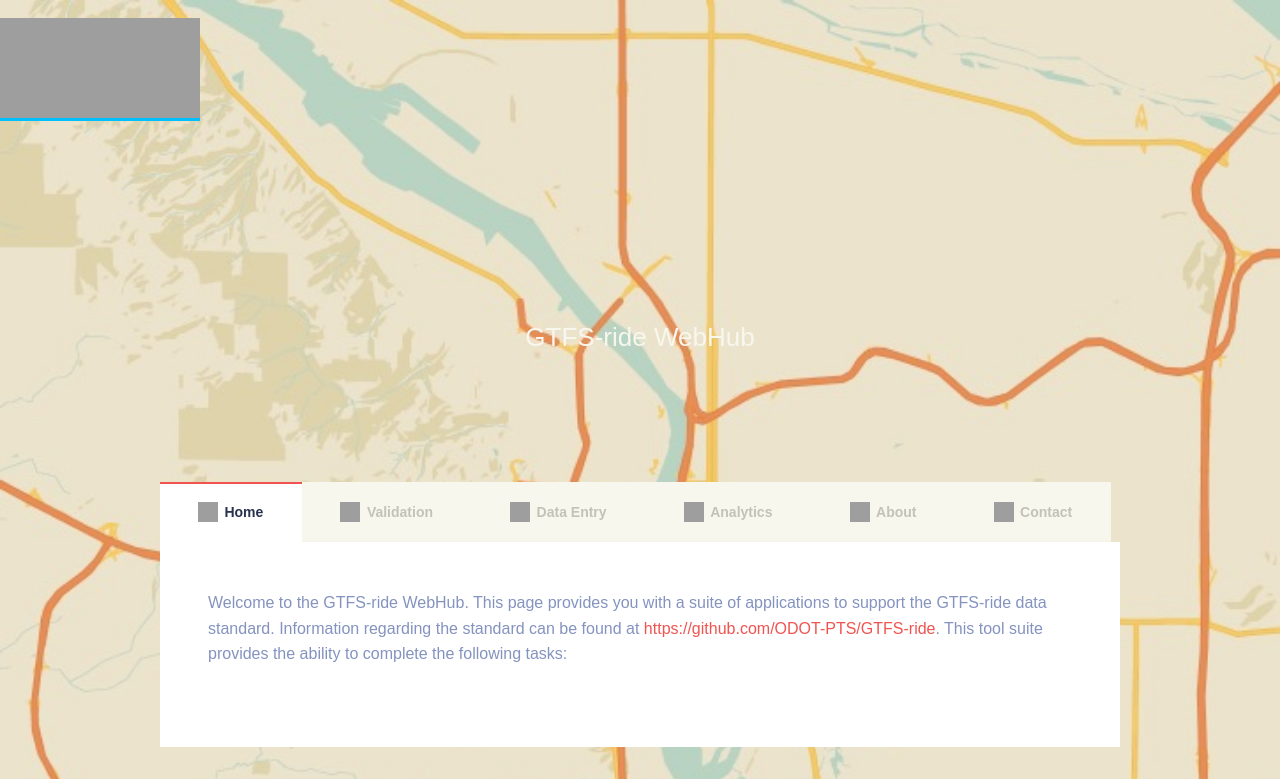
Repository: BenFields22/GTFS-RideWebHub
Page: http://localhost/GTFS-RideWebHub/
These files come from the project's save history. The page is drawn as it stood at one moment and after the next save; the edit follows.
The browser window is 1280 px wide. The pictures show the whole page.
Pictures or frames that could not be fetched are drawn as grey boxes. Backgrounds fixed to the window are drawn as part of the page. Some web fonts or font styles are not loaded; a fallback is used. The page is served by Tomcat 9.

Above is the page before, as saved 2017-08-28 21:42:18.

### GTFS-RideWebHub/WebContent/index.html
<!doctype html>
<html lang="en" class="no-js">
<head>
	<meta charset="UTF-8">
	<meta name="viewport" content="width=device-width, initial-scale=1">

	<link href='http://fonts.googleapis.com/css?family=PT+Sans:400,700' rel='stylesheet' type='text/css'>

	<link rel="stylesheet" href="Resources/css/reset.css"> <!-- CSS reset -->
	<link rel="stylesheet" href="Resources/css/style.css"> <!-- Resource style -->
	<script src="Resources/js/modernizr.js"></script> <!-- Modernizr -->

	<title>GTFS-ride WebHub</title>
</head>
<body>
<header>
	<img src="http://media.oregonlive.com/portland_impact/photo/screen-shot-2016-05-30-at-24209-pmpng-e205bbef2f5adac7.png" width=200px height=100px>
	<h1>GTFS-ride WebHub</h1>
</header>
<div class="cd-tabs">
	<nav>
		<ul class="cd-tabs-navigation">
			<li><a data-content="Home" class="selected" href="#0">Home</a></li>
			<li><a data-content="Validation" href="#0">Validation</a></li>
			<li><a data-content="Data Entry" href="#0">Data Entry</a></li>
			<li><a data-content="Analytics" href="#0">Analytics</a></li>
			<li><a data-content="About" href="#0">About</a></li>
			<li><a data-content="Contact" href="#0">Contact</a></li>
		</ul> <!-- cd-tabs-navigation -->
	</nav>

	<ul class="cd-tabs-content">
		<li data-content="Home" class="selected">
			<p>Welcome to the GTFS-ride WebHub. This page provides you with a suite of applications to support the GTFS-ride data standard.
				Information regarding the standard can be found at <a href="https://github.com/ODOT-PTS/GTFS-ride">https://github.com/ODOT-PTS/GTFS-ride</a>.
				This tool suite provides the ability to complete the following tasks:<br>
				<ul>
					<li>Validate the structure of a GTFS-ride feed</li>
					<li>Enter GTFS-ride feed data into a central data repository</li>
					<li>Generate new GTFS-ride feeds</li>
					<li>Run analytics on ridership data within central repository</li>
				</ul>
			</p>

		</li>

		<li data-content="Validation">

		</li>

		<li data-content="Data Entry">

		</li>

		<li data-content="Analytics">
		</li>

		<li data-content="About">

		</li>

		<li data-content="Contact">

		</li>
	</ul> <!-- cd-tabs-content -->
</div> <!-- cd-tabs -->

<script src="Resources/js/jquery-2.1.1.js"></script>
<script src="Resources/js/main.js"></script> <!-- Resource jQuery -->
</body>
</html>

### GTFS-RideWebHub/WebContent/Resources/css/style.css
/* --------------------------------

Primary style

-------------------------------- */
*, *::after, *::before {
  -webkit-box-sizing: border-box;
  -moz-box-sizing: border-box;
  box-sizing: border-box;
}

*::after, *::before {
  content: '';
}

body {
  /*background-image: url("../images/wallpaper.jpg");*/
  font-size: 100%;
  font-family: "PT Sans", sans-serif;
  color: #f8f7ee;
  background: url("../images/wallpaper.jpg") no-repeat center center fixed;
	-webkit-background-size: cover;
	-moz-background-size: cover;
	-o-background-size: cover;
	background-size: cover;
}

a {
  color: #f05451;
  text-decoration: none;
}

/* --------------------------------

Main components

-------------------------------- */
header {
  display:inline;
  position: relative;
  height: 50px;
  line-height: 100px;
  text-align: center;
  -webkit-font-smoothing: antialiased;
  -moz-osx-font-smoothing: grayscale;
  background-color: #00BFFF;
}

header h1 {
  font-size: 30px;
  font-size: 2.00rem;
}
@media only screen and (min-width: 768px) {
  header {
    height: 200px;
    line-height: 225px;
  }
  header h1 {
    font-size: 26px;
    font-size: 1.625rem;
  }
}

.cd-tabs {
  position: relative;
  width: 90%;
  max-width: 960px;
  margin: 2em auto;
}
.cd-tabs:after {
  content: "";
  display: table;
  clear: both;
}
.cd-tabs::after {
  /* subtle gradient layer on top right - to indicate it's possible to scroll */
  position: absolute;
  top: 0;
  right: 0;
  height: 60px;
  width: 50px;
  z-index: 1;
  pointer-events: none;
  background: -webkit-linear-gradient( right , #f8f7ee, rgba(248, 247, 238, 0));
  background: linear-gradient(to left, #f8f7ee, rgba(248, 247, 238, 0));
  visibility: visible;
  opacity: 1;
  -webkit-transition: opacity .3s 0s, visibility 0s 0s;
  -moz-transition: opacity .3s 0s, visibility 0s 0s;
  transition: opacity .3s 0s, visibility 0s 0s;
}
.no-cssgradients .cd-tabs::after {
  display: none;
}
.cd-tabs.is-ended::after {
  /* class added in jQuery - remove the gradient layer when it's no longer possible to scroll */
  visibility: hidden;
  opacity: 0;
  -webkit-transition: opacity .3s 0s, visibility 0s .3s;
  -moz-transition: opacity .3s 0s, visibility 0s .3s;
  transition: opacity .3s 0s, visibility 0s .3s;
}
.cd-tabs nav {
  overflow: auto;
  -webkit-overflow-scrolling: touch;
  background: #f8f7ee;
  box-shadow: inset 0 -2px 3px rgba(203, 196, 130, 0.06);
}
@media only screen and (min-width: 768px) {
  .cd-tabs::after {
    display: none;
  }
  .cd-tabs nav {
    position: absolute;
    top: 0;
    left: 0;
    height: 100%;
    box-shadow: inset -2px 0 3px rgba(203, 196, 130, 0.06);
    z-index: 1;
  }
}
@media only screen and (min-width: 960px) {
  .cd-tabs nav {
    position: relative;
    float: none;
    background: transparent;
    box-shadow: none;
  }
}

.cd-tabs-navigation {
  width: 360px;
}
.cd-tabs-navigation:after {
  content: "";
  display: table;
  clear: both;
}
.cd-tabs-navigation li {
  float: left;
}
.cd-tabs-navigation a {
  position: relative;
  display: block;
  height: 60px;
  width: 60px;
  text-align: center;
  font-size: 12px;
  font-size: 0.75rem;
  -webkit-font-smoothing: antialiased;
  -moz-osx-font-smoothing: grayscale;
  font-weight: 700;
  color: #c3c2b9;
  padding-top: 34px;
}
.no-touch .cd-tabs-navigation a:hover {
  color: #29324e;
  background-color: rgba(233, 230, 202, 0.3);
}
.cd-tabs-navigation a.selected {
  background-color: #ffffff !important;
  box-shadow: inset 0 2px 0 #f05451;
  color: #29324e;
}
.cd-tabs-navigation a::before {
  /* icons */
  position: absolute;
  top: 12px;
  left: 50%;
  margin-left: -10px;
  display: inline-block;
  height: 20px;
  width: 20px;
  background-image: url("../img/vicons.svg");
  background-repeat: no-repeat;
}
.cd-tabs-navigation a[data-content='inbox']::before {
  background-position: 0 0;
}
.cd-tabs-navigation a[data-content='new']::before {
  background-position: -20px 0;
}
.cd-tabs-navigation a[data-content='gallery']::before {
  background-position: -40px 0;
}
.cd-tabs-navigation a[data-content='store']::before {
  background-position: -60px 0;
}
.cd-tabs-navigation a[data-content='settings']::before {
  background-position: -80px 0;
}
.cd-tabs-navigation a[data-content='trash']::before {
  background-position: -100px 0;
}
.cd-tabs-navigation a[data-content='inbox'].selected::before {
  background-position: 0 -20px;
}
.cd-tabs-navigation a[data-content='new'].selected::before {
  background-position: -20px -20px;
}
.cd-tabs-navigation a[data-content='gallery'].selected::before {
  background-position: -40px -20px;
}
.cd-tabs-navigation a[data-content='store'].selected::before {
  background-position: -60px -20px;
}
.cd-tabs-navigation a[data-content='settings'].selected::before {
  background-position: -80px -20px;
}
.cd-tabs-navigation a[data-content='trash'].selected::before {
  background-position: -100px -20px;
}
@media only screen and (min-width: 768px) {
  .cd-tabs-navigation {
    /* move the nav to the left on medium sized devices */
    width: 80px;
    float: left;
  }
  .cd-tabs-navigation a {
    height: 80px;
    width: 80px;
    padding-top: 46px;
  }
  .cd-tabs-navigation a.selected {
    box-shadow: inset 2px 0 0 #f05451;
  }
  .cd-tabs-navigation a::before {
    top: 22px;
  }
}
@media only screen and (min-width: 960px) {
  .cd-tabs-navigation {
    /* tabbed on top on big devices */
    width: auto;
    background-color: #f8f7ee;
    box-shadow: inset 0 -2px 3px rgba(203, 196, 130, 0.06);
  }
  .cd-tabs-navigation a {
    height: 60px;
    line-height: 60px;
    width: auto;
    text-align: left;
    font-size: 14px;
    font-size: 0.875rem;
    padding: 0 2.8em 0 4.6em;
  }
  .cd-tabs-navigation a.selected {
    box-shadow: inset 0 2px 0 #f05451;
  }
  .cd-tabs-navigation a::before {
    top: 50%;
    margin-top: -10px;
    margin-left: 0;
    left: 38px;
  }
}

.cd-tabs-content {
  background: #ffffff;
}
.cd-tabs-content li {
  display: none;
  padding: 1.4em;
}
.cd-tabs-content li.selected {
  display: block;
  -webkit-animation: cd-fade-in 0.5s;
  -moz-animation: cd-fade-in 0.5s;
  animation: cd-fade-in 0.5s;
}
.cd-tabs-content li p {
  font-size: 14px;
  font-size: 0.875rem;
  line-height: 1.6;
  color: #8493bf;
  margin-bottom: 2em;
}
@media only screen and (min-width: 768px) {
  .cd-tabs-content {
    min-height: 480px;
  }
  .cd-tabs-content li {
    padding: 2em 2em 2em 7em;
  }
}
@media only screen and (min-width: 960px) {
  .cd-tabs-content {
    min-height: 0;
  }
  .cd-tabs-content li {
    padding: 3em;
  }
  .cd-tabs-content li p {
    font-size: 16px;
    font-size: 1rem;
  }
}

@-webkit-keyframes cd-fade-in {
  0% {
    opacity: 0;
  }
  100% {
    opacity: 1;
  }
}
@-moz-keyframes cd-fade-in {
  0% {
    opacity: 0;
  }
  100% {
    opacity: 1;
  }
}
@keyframes cd-fade-in {
  0% {
    opacity: 0;
  }
  100% {
    opacity: 1;
  }
}

### GTFS-RideWebHub/WebContent/Resources/js/main.js
jQuery(document).ready(function($){
	var tabs = $('.cd-tabs');

	tabs.each(function(){
		var tab = $(this),
			tabItems = tab.find('ul.cd-tabs-navigation'),
			tabContentWrapper = tab.children('ul.cd-tabs-content'),
			tabNavigation = tab.find('nav');

		tabItems.on('click', 'a', function(event){
			event.preventDefault();
			var selectedItem = $(this);
			if( !selectedItem.hasClass('selected') ) {
				var selectedTab = selectedItem.data('content'),
					selectedContent = tabContentWrapper.find('li[data-content="'+selectedTab+'"]'),
					slectedContentHeight = selectedContent.innerHeight();

				tabItems.find('a.selected').removeClass('selected');
				selectedItem.addClass('selected');
				selectedContent.addClass('selected').siblings('li').removeClass('selected');
				//animate tabContentWrapper height when content changes
				tabContentWrapper.animate({
					'height': slectedContentHeight
				}, 200);
			}
		});

		//hide the .cd-tabs::after element when tabbed navigation has scrolled to the end (mobile version)
		checkScrolling(tabNavigation);
		tabNavigation.on('scroll', function(){
			checkScrolling($(this));
		});
	});

	$(window).on('resize', function(){
		tabs.each(function(){
			var tab = $(this);
			checkScrolling(tab.find('nav'));
			tab.find('.cd-tabs-content').css('height', 'auto');
		});
	});

	function checkScrolling(tabs){
		var totalTabWidth = parseInt(tabs.children('.cd-tabs-navigation').width()),
		 	tabsViewport = parseInt(tabs.width());
		if( tabs.scrollLeft() >= totalTabWidth - tabsViewport) {
			tabs.parent('.cd-tabs').addClass('is-ended');
		} else {
			tabs.parent('.cd-tabs').removeClass('is-ended');
		}
	}
});

Loaded but not shown: GTFS-RideWebHub/WebContent/Resources/css/reset.css (common file); GTFS-RideWebHub/WebContent/Resources/js/modernizr.js (library); GTFS-RideWebHub/WebContent/Resources/js/jquery-2.1.1.js (library)

After the next save:
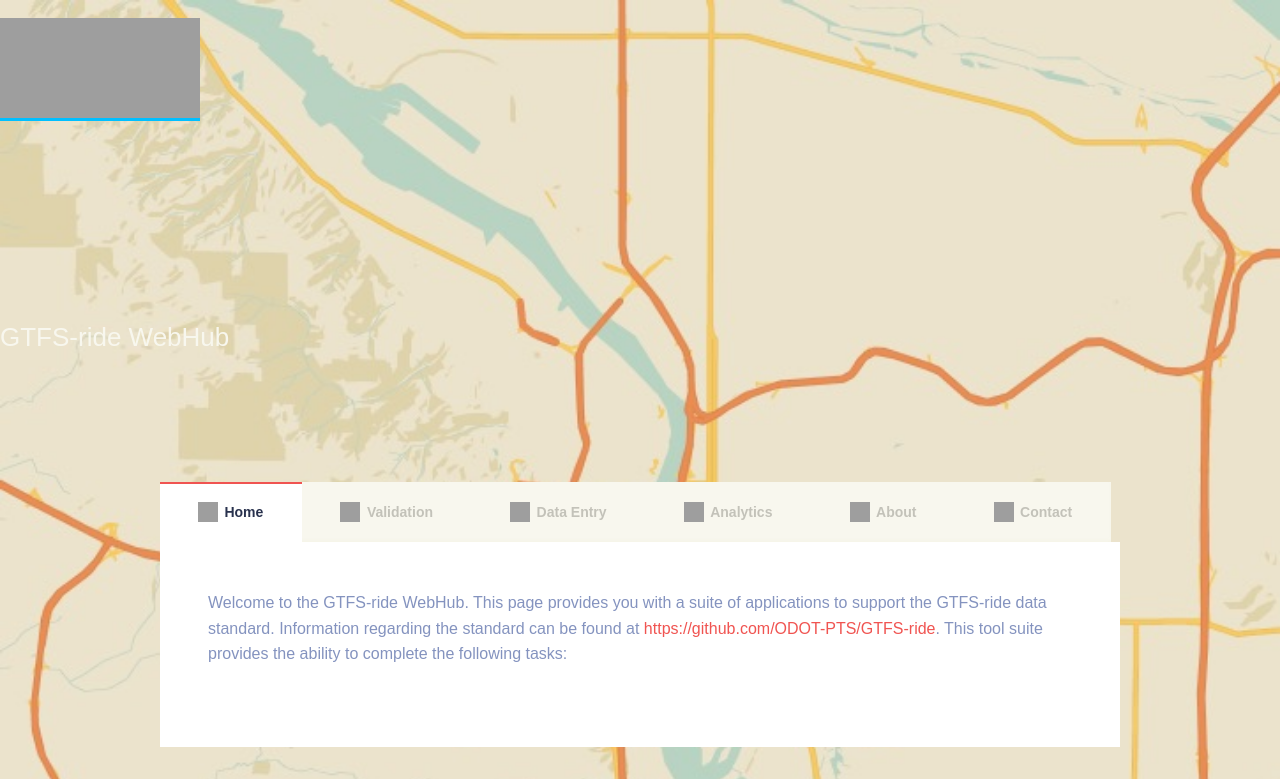
Saved 84 s later.
--- a/GTFS-RideWebHub/WebContent/Resources/css/style.css
+++ b/GTFS-RideWebHub/WebContent/Resources/css/style.css
@@ -40,7 +40,7 @@ header {
   position: relative;
   height: 50px;
   line-height: 100px;
-  text-align: center;
+  /*text-align: center;*/
   -webkit-font-smoothing: antialiased;
   -moz-osx-font-smoothing: grayscale;
   background-color: #00BFFF;
